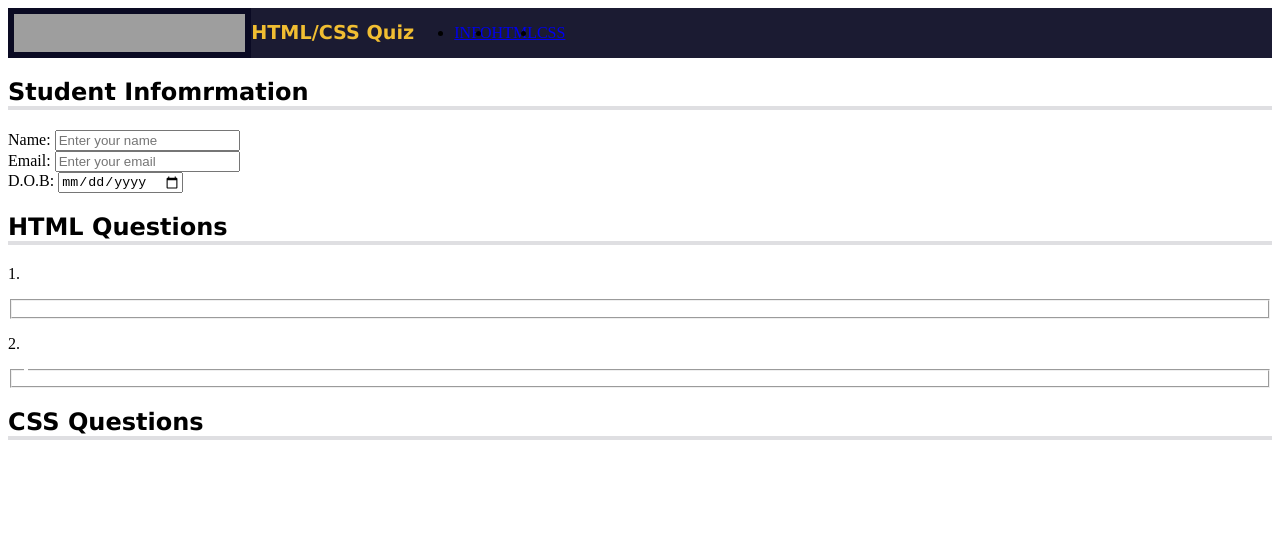
Repository: Lungdjos/accessibility_build_quiz
Page: index.html
The author's editor kept a copy of each file at every save. The page is drawn from the files as they stood at one save, then again after a run of saves.
The browser window is 1280 px wide. The pictures show the whole page.
Pictures or frames that could not be fetched are drawn as grey boxes.

Above is the page before, as saved 2023-10-28 11:05:55.

### index.html
<!DOCTYPE html>
<html lang="en">

<head>
    <meta charset="UTF-8">
    <meta name="viewport" content="width=device-width, initial-scale=1.0">
    <meta name="description" content="Accessibility">
    <title>HTML/CSS Test Quiz</title>
    <link rel="stylesheet" href="styles.css">
</head>

<body>
    <header>
        <img src="https://cdn.freecodecamp.org/platform/universal/fcc_primary.svg" alt="" id="logo">
        <h1>HTML/CSS Quiz</h1>
        <nav>
            <ul>
                <li>
                    <a href="#student-info">info</a></li>
                <li>
                    <a href="#html-questions">html</a></li>
                <li>
                    <a href="#css-questions">css</a></li>
            </ul>
        </nav>
    </header>
    <main>
        <form action="https://freecodecamp.org/practice-project/accessibility-quiz" method="post">
            <section role="region" aria-labelledby="student-info">
                <h2 id="student-info">Student Infomrmation</h2>
                <div class="info">
                    <label for="student-name">
                        Name:
                    </label><input type="text" name="name" id="student-name" placeholder="Enter your name">
                </div>
                <div class="info">
                    <label for="student-email">
                        Email:
                    </label><input type="email" name="email" id="student-email" placeholder="Enter your email">
                </div>
                <div class="info">
                    <label for="birth-date">
                        D.O.B:<span class="sr-only">(Date of Birth)</span>
                    </label><input type="date" name="dob" id="birth-date">
                </div>
            </section>

            <section role="region" aria-labelledby="html-questions">
                <h2 id="html-questions">HTML Questions</h2>
                <div class="question-block">
                    <p>1.</p>
                    <fieldset class="question"></fieldset>
                </div>
                <div class="question-block">
                    <p>2.</p>
                    <fieldset class="question">
                        <legend></legend>
                    </fieldset>
                </div>
            </section>

            <section role="region" aria-labelledby="css-questions">
                <h2 id="css-questions">CSS Questions</h2>
            </section>
        </form>
    </main>
</body>

</html>

### styles.css
#logo {
    width: max(100px, 18vw);
    background-color: #0a0a23;
    aspect-ratio: 35/4;
    padding: .4rem;
}

header {
    display: flex;
    background-color: #1b1b32;
    height: 50px;
    width: 100%;
}

h1 {
    color: #f1be32;
    font-size: min(5vw, 1.2em);
}

nav>ul {
    text-transform: uppercase;
    justify-content: space-evenly;
    display: flex;
}

h1,
h2 {
    font-family: Verdana, sans-serif;
}

h2 {
    border-bottom: 4px solid #dfdfe2;
}

.sr-only {
    position: absolute;
    width: 1px;
    height: 1px;
    padding: 0;
    margin: -1px;
    overflow: hidden;
    clip: rect(0, 0, 0, 0);
    white-space: nowrap;
    border: 0;
}

After the next 4 saves:
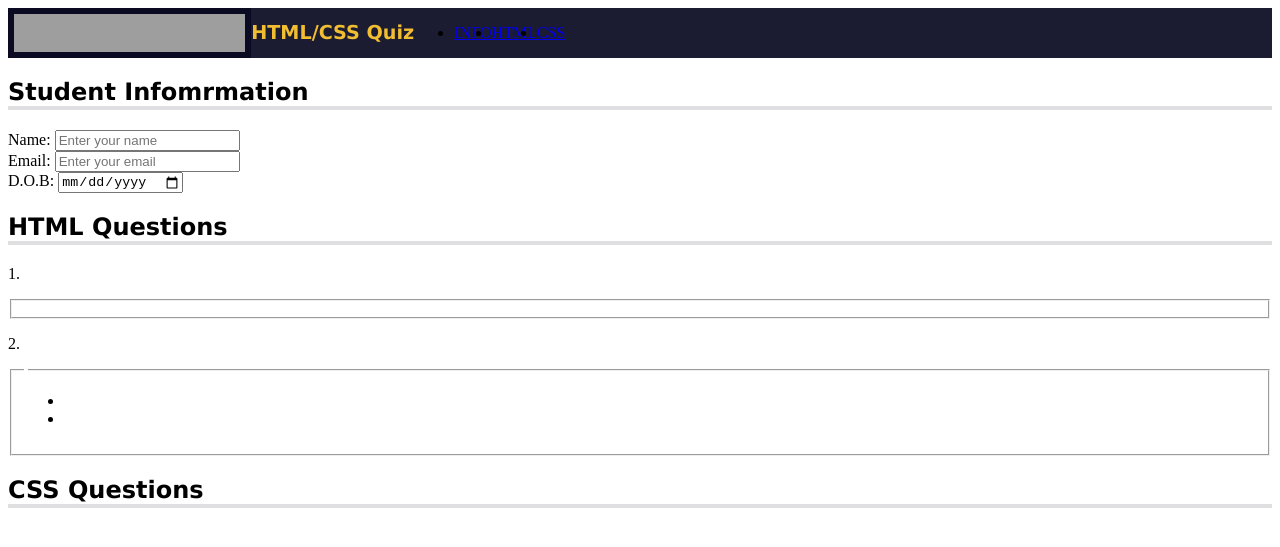
The 4 saves are shown as one change because they came seconds apart.
The last was saved 17 s later.
--- a/index.html
+++ b/index.html
@@ -55,6 +55,10 @@
                     <p>2.</p>
                     <fieldset class="question">
                         <legend></legend>
+                        <ul>
+                            <li></li>
+                            <li></li>
+                        </ul>
                     </fieldset>
                 </div>
             </section>
